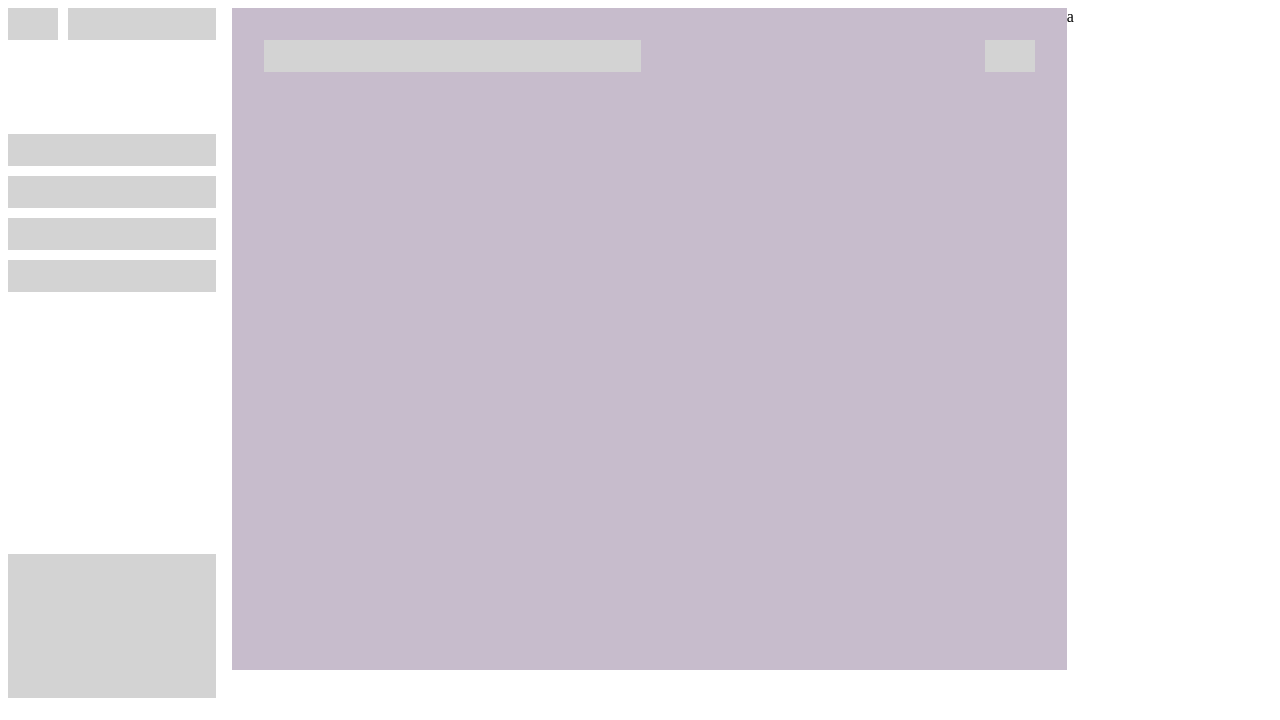
Repository: tr2cky/exercise2
Page: index.html
An editor plug-in stored every save of this project. The page is shown before and after the next save, followed by the edit.
The browser window is 1280 px wide. The pictures show the whole page.

Above is the page before, as saved 2022-10-01 11:56:06.

After the next save:
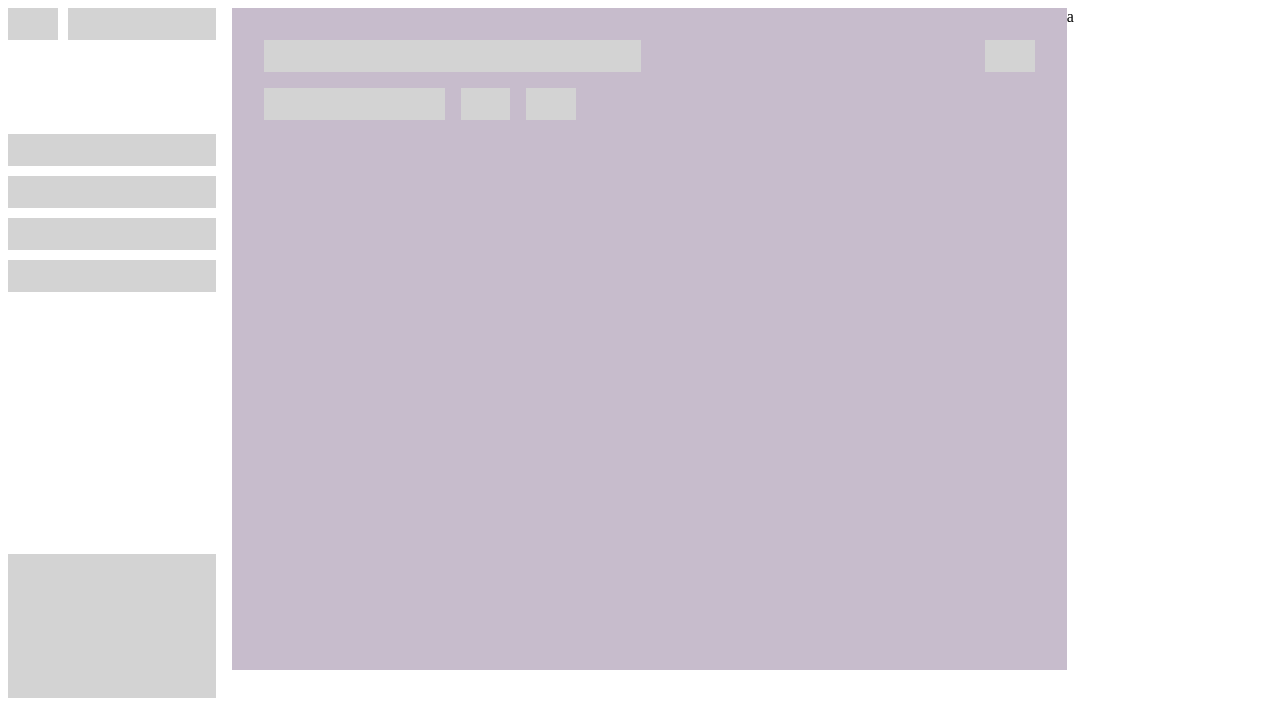
Saved 2 min 22 s later.
--- a/index.html
+++ b/index.html
@@ -24,6 +24,9 @@
         <main>
             <div id="boxa"></div>
             <div id="boxb"></div>
+            <div id="boxc"></div>
+            <div id="boxd"></div>
+            <div id="boxe"></div>
         </main>
         <div class="side2">
             a
--- a/style.css
+++ b/style.css
@@ -3,6 +3,7 @@
     flex-direction: row;
     height: 92vh;
 }
+
 main {
     flex-grow: 3;
     background-color: rgb(199, 188, 204);
@@ -12,6 +13,7 @@ main {
     grid-gap: 1em;
     padding: 2em;
 }
+
 .side1 {
     flex-grow: 1;
     display: grid;
@@ -20,42 +22,57 @@ main {
     grid-gap: 10px;
     margin-right: 1em;
 }
+
 .side2 {
     flex-grow: 1;
 }
-.side1 div, main div, .side2 div {
+
+.side1 div,
+main div,
+.side2 div {
     background-color: lightgray;
 }
 
-#box3{
+#box3 {
     grid-column: 1/3;
     grid-row: 8;
     justify-self: start;
 }
-#box4{
+
+#box4 {
     grid-column: 1/3;
     grid-row: 4;
 }
-#box5{
+
+#box5 {
     grid-column: 1/3;
     grid-row: 5;
 }
-#box6{
+
+#box6 {
     grid-column: 1/3;
     grid-row: 6;
 }
-#box7{
+
+#box7 {
     grid-column: 1/3;
-        grid-row: 7;
+    grid-row: 7;
 }
+
 #box8 {
     grid-column: 1/3;
     grid-row: 14;
     height: 9em;
 }
+
 #boxa {
     grid-column: 1/7;
 }
+
 #boxb {
     grid-column: 12;
 }
+
+#boxc {
+    grid-column: 1/4;
+}
